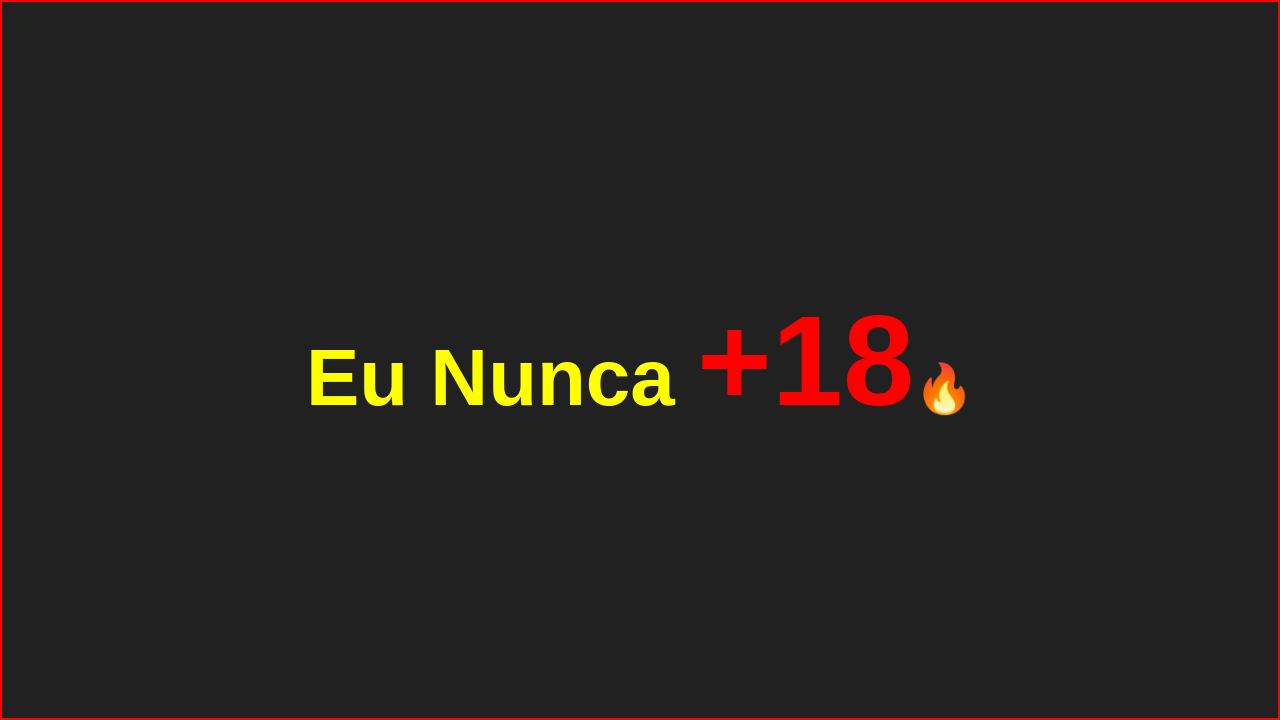
Repository: odiloalmeida/inever
Page: index.html
These files come from the project's save history. The page is drawn as it stood at one moment and after the next save; the edit follows.
The browser window is 1280 px wide. The pictures show the whole page.

Above is the page before, as saved 2023-01-31 20:23:36.

After the next save:
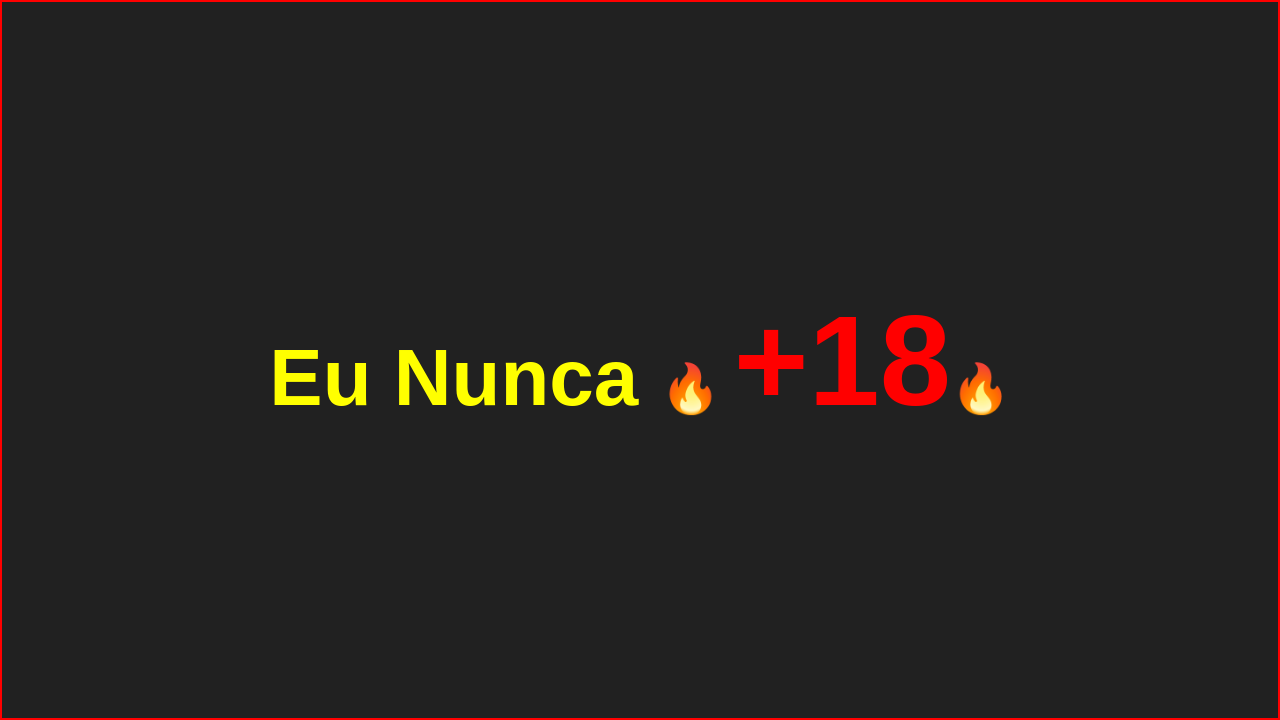
Saved 39 s later.
--- a/index.html
+++ b/index.html
@@ -10,7 +10,7 @@
 </head>
 
 <body>
-    <button id="myButton" onclick="changeButtonName()"><span>Eu Nunca </span> <span2>+18</span2>&#128293</button>
+    <button id="myButton" onclick="changeButtonName()"><span>Eu Nunca </span>&#128293 <span2>+18</span2>&#128293</button>
 </body>
 
 <script>
